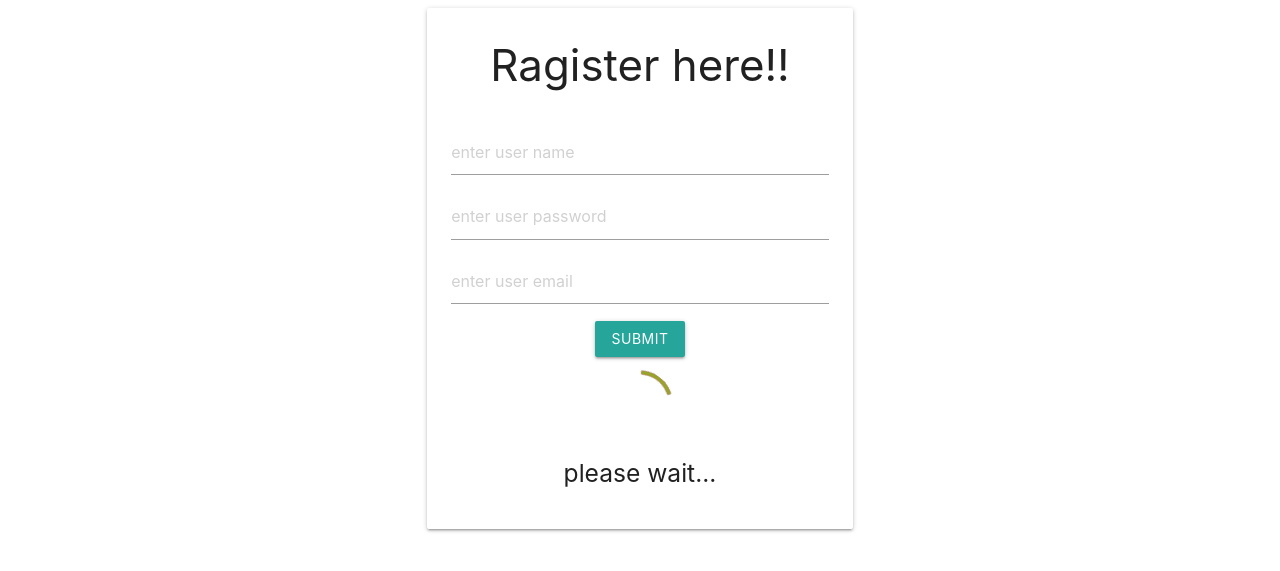
Repository: mubashirkhan1/Corejsvs__Programs
Page: http://localhost/TestWeb/WebContent/register.jsp
These files come from the project's save history. The page is drawn as it stood at one moment and after the next save; the edit follows.
The browser window is 1280 px wide. The pictures show the whole page.
The page is served by Tomcat 9. Other server files are loaded and not shown.

Above is the page before, as saved 2021-03-09 21:39:38.

### basicprogram/TestWeb/WebContent/register.jsp
<%@ page language="java" contentType="text/html; charset=ISO-8859-1"
    pageEncoding="ISO-8859-1"%>
<!DOCTYPE html>
<html>
<head>
<meta charset="ISO-8859-1">
<title>Insert title here</title>


    <!-- Compiled and minified CSS -->
    <link rel="stylesheet" href="https://cdnjs.cloudflare.com/ajax/libs/materialize/1.0.0/css/materialize.min.css">

    <!-- Compiled and minified JavaScript -->
    <script src="https://cdnjs.cloudflare.com/ajax/libs/materialize/1.0.0/js/materialize.min.js"></script>

</head>
<body>
<div class="container">
	<div class="row">
		<div class="col m6  offset-m3">

		 <div class="card">

		<div class="card-content">
		<h3 style="margin-top:10px;" class ="center">Ragister here!!<h3>
		<div class="form center-align">
			<form action="rag1" method="get" id="myform">
				<input type="text" name="username" placeholder="enter user name">
					<input type="password" name="userpassword" placeholder="enter user password">
					<input type="email" name="useremail" placeholder="enter user email">
						<button type="submit"  class="btn" > submit</button>
					</form>
					<div class="loader center-align" style="margin-top:10px";>

    <div class="preloader-wrapper big active">
      <div class="spinner-layer spinner-blue">
        <div class="circle-clipper left">
          <div class="circle"></div>
        </div><div class="gap-patch">
          <div class="circle"></div>
        </div><div class="circle-clipper right">
          <div class="circle"></div>
        </div>
      </div>

      <div class="spinner-layer spinner-red">
        <div class="circle-clipper left">
          <div class="circle"></div>
        </div><div class="gap-patch">
          <div class="circle"></div>
        </div><div class="circle-clipper right">
          <div class="circle"></div>
        </div>
      </div>

      <div class="spinner-layer spinner-yellow">
        <div class="circle-clipper left">
          <div class="circle"></div>
        </div><div class="gap-patch">
          <div class="circle"></div>
        </div><div class="circle-clipper right">
          <div class="circle"></div>
        </div>
      </div>

      <div class="spinner-layer spinner-green">
        <div class="circle-clipper left">
          <div class="circle"></div>
        </div><div class="gap-patch">
          <div class="circle"></div>
        </div><div class="circle-clipper right">
          <div class="circle"></div>
        </div>
      </div>
		</div>
		<h5>please wait...</h5>
		   <script
		  src="https://code.jquery.com/jquery-3.6.0.js"
		  integrity="sha256-H+K7U5CnXl1h5ywQfKtSj8PCmoN9aaq30gDh27Xc0jk="
		  crossorigin="anonymous">
		   </script>

		      <script>
		      $(document).ready(function(){
		    	  console.log("page is ready...........")

		    	  $("#myform").on('submit',function(event)
		    	  {
		    		  event.preventDefault();
		    		   var f=(this).serialize();
		    		   console.log(f);

		    		   $.ajax({

		    			   url:"rag1",data: f,type:'get',succes: function (data ,textStatus,jqXHR)
		    			   {
		    				   console.log(data);
		    				   console.log(success)
		    			   },error: function(jqXHR,textStatus,errorThrown){
		    				   console.log(data);
		    				   console.log(error);

		    			   }
		    		   })
		    	  })
		      })


		     </script>

</body>
</html>

After the next save:
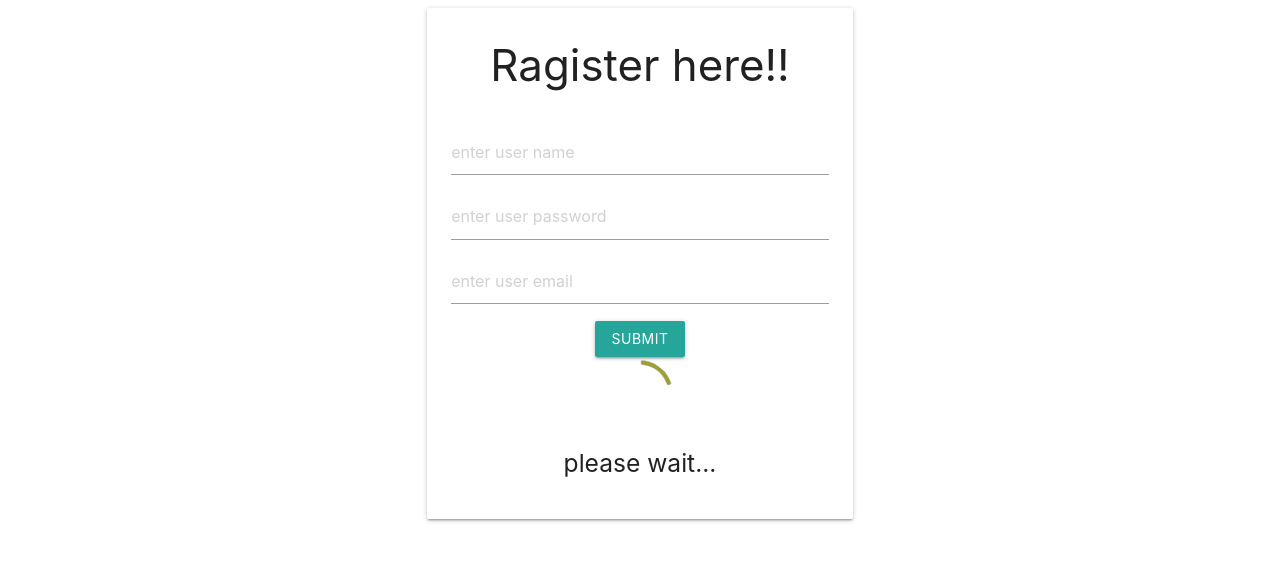
Saved 74 s later.
--- a/basicprogram/TestWeb/WebContent/register.jsp
+++ b/basicprogram/TestWeb/WebContent/register.jsp
@@ -30,7 +30,7 @@
 					<input type="email" name="useremail" placeholder="enter user email">
 						<button type="submit"  class="btn" > submit</button>
 					</form>
-					<div class="loader center-align" style="margin-top:10px";>
+					<div class="loader center-align" style="margin-top:10px display=none";>
 
     <div class="preloader-wrapper big active">
       <div class="spinner-layer spinner-blue">

After the save that followed:
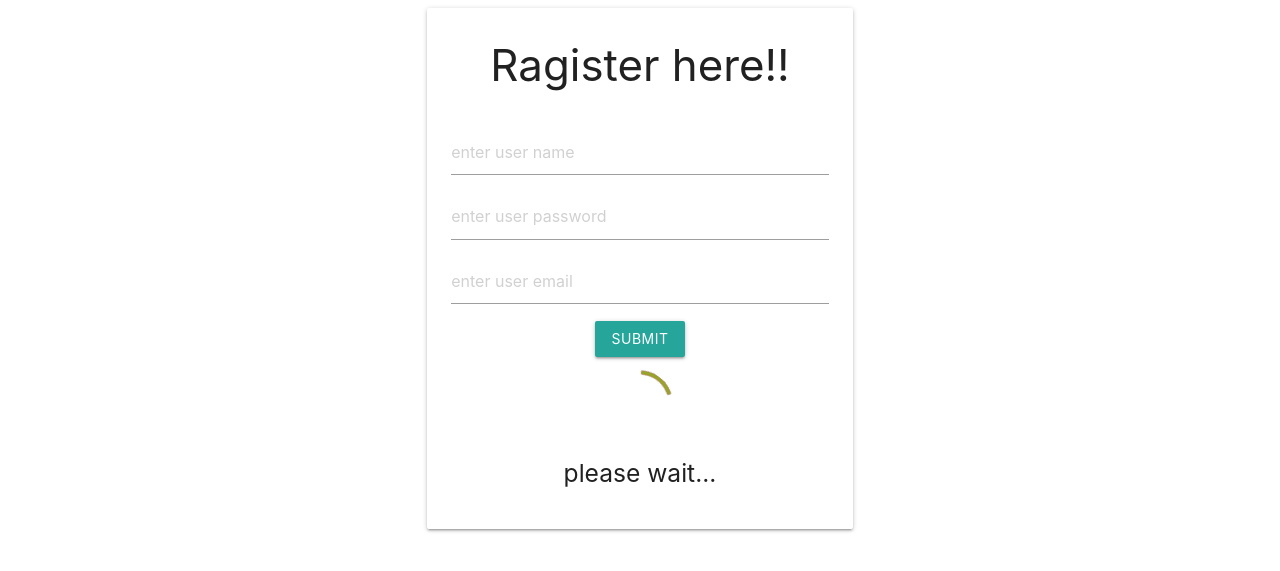
Saved 27 s later.
--- a/basicprogram/TestWeb/WebContent/register.jsp
+++ b/basicprogram/TestWeb/WebContent/register.jsp
@@ -30,7 +30,7 @@
 					<input type="email" name="useremail" placeholder="enter user email">
 						<button type="submit"  class="btn" > submit</button>
 					</form>
-					<div class="loader center-align" style="margin-top:10px display=none";>
+					<div class="loader center-align" style="margin-top:10px "display=none;>
 
     <div class="preloader-wrapper big active">
       <div class="spinner-layer spinner-blue">
